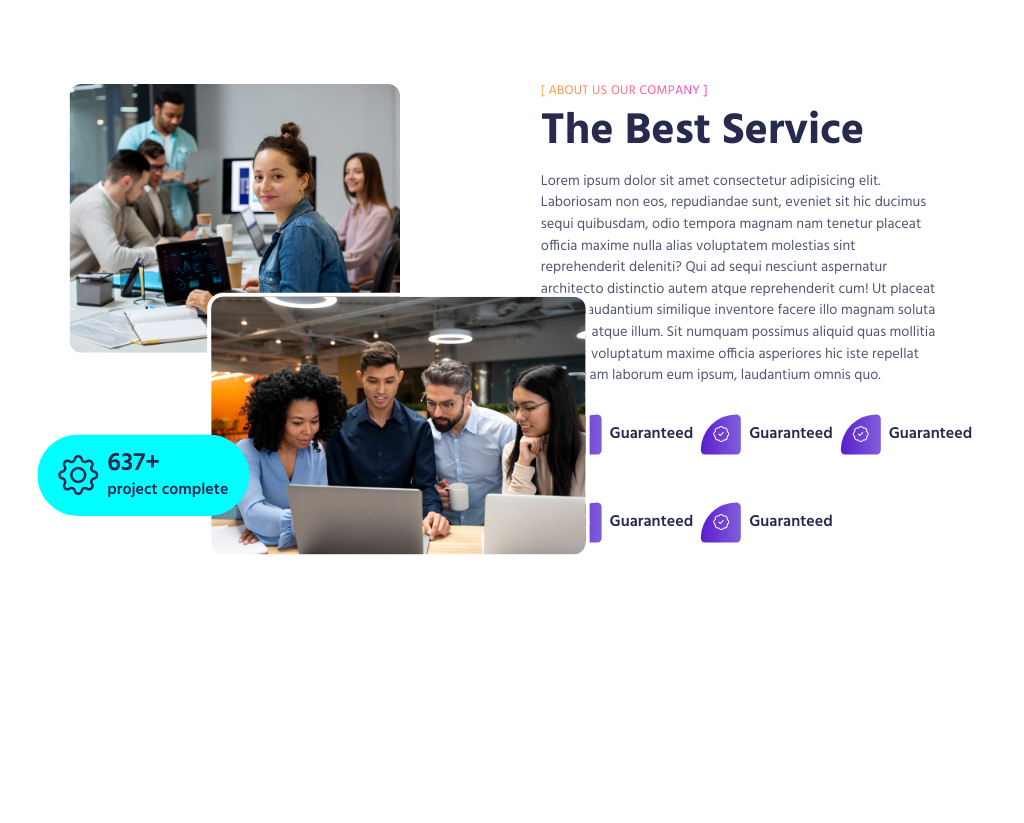
Repository: tagnam/mirehel2.0
Page: about.html
An editor plug-in stored every save of this project. The page is shown before and after a run of saves, followed by the edit.
The browser window is 1280 px wide. The pictures show the whole page, at 80% of full size.

Above is the page before, as saved 2025-02-03 12:47:26.

### about.html
<!DOCTYPE html>
<html lang="en">
<head>
    <meta charset="UTF-8">
    <meta name="viewport" content="width=device-width, initial-scale=1.0">
    <title>about</title>
    <link href="https://cdn.jsdelivr.net/npm/bootstrap@5.0.2/dist/css/bootstrap.min.css" rel="stylesheet" integrity="sha384-EVSTQN3/azprG1Anm3QDgpJLIm9Nao0Yz1ztcQTwFspd3yD65VohhpuuCOmLASjC" crossorigin="anonymous">
    <link rel="stylesheet" href="style/css/animation.css">
    <link rel="stylesheet" href="style/css/style.css">
    <link rel="stylesheet" href="style/css/animation.css">
</head>
<body>
<!--======================================== about section ==================================== -->


<section>
    <div class="container">
        <div class="row">
            <div class="col-lg-6">
                <div class="about-left">
                    <figure class="about-img-container">
                        <img class="about-img-001 A-image01" src="images/about-img-1.jpg" alt="">
                        <img class="about-img-001 A-image02" src="images/about-img-2.jpg" alt="">
                    </figure>
                    <div class="project-counter">
                        <div class="project-icon">
                            <i class="bi bi-gear"></i>
                        </div>
                        <div class="project-number">
                            <h2>637+</h2>
                            <p> project complete </p>
                        </div>

                    </div>

                </div>
            </div>
            <div class="col-lg-6">
                <div class="container-fluid " style="margin-bottom: 20px;">


                            <h3 class="sub-heading">[ about us our company ]</h3>
                            <h1 class="title">The Best Service</h1>


                            <div class="about-text">
                                <p>Lorem ipsum dolor sit amet consectetur adipisicing elit. Laboriosam non eos, repudiandae sunt, eveniet sit hic ducimus sequi quibusdam, odio tempora magnam nam tenetur placeat officia maxime nulla alias voluptatem molestias sint reprehenderit deleniti? Qui ad sequi nesciunt aspernatur architecto distinctio autem atque reprehenderit cum! Ut placeat itaque laudantium similique inventore facere illo magnam soluta quis ab, atque illum. Sit numquam possimus aliquid quas mollitia suscipit voluptatum maxime officia asperiores hic iste repellat laboriosam laborum eum ipsum, laudantium omnis quo.</p>

                        </div>
                    </div>
                    <div class="about-right-container">
                        <ul class="about-list">
                            <li class="about-list-item">
                                <div class="col-lg-2 about-icon"><i class="bi bi-patch-check"></i></div>
                                <div class="col-lg-10">
                                    <div class="about-list-title"> Guaranteed</div>

                                </div>
                            </li>

                            <li class="about-list-item">
                                <div class="col-lg-2 about-icon"><i class="bi bi-patch-check"></i></div>
                                <div class="col-lg-10">
                                    <div class="about-list-title">Guaranteed</div>

                                </div>
                            </li>
                            <li class="about-list-item">
                                <div class="col-lg-2 about-icon"><i class="bi bi-patch-check"></i></div>
                                <div class="col-lg-10">
                                    <div class="about-list-title">Guaranteed</div>

                                </div>
                            </li>
                            <li class="about-list-item">
                                <div class="col-lg-2 about-icon"><i class="bi bi-patch-check"></i></div>
                                <div class="col-lg-10">
                                    <div class="about-list-title">Guaranteed</div>

                                </div>
                            </li>
                            <li class="about-list-item">
                                <div class="col-lg-2 about-icon"><i class="bi bi-patch-check"></i></div>
                                <div class="col-lg-10">
                                    <div class="about-list-title">Guaranteed</div>

                                </div>
                            </li>
                        </ul>
                </div>
                </div>

            </div>
        </div>
    </div>
</section>

<!--======================================== end about section ==================================== -->

<!--========================================  service section ==================================== -->

<section class="container">
    <div class="row">
        <div class="col-lg-6">

        </div>
        <div class="col-lg-6">

        </div>
    </div>
</section>
<!--======================================== end service section ==================================== -->







    <script src="https://cdn.jsdelivr.net/npm/bootstrap@5.0.2/dist/js/bootstrap.bundle.min.js" integrity="sha384-MrcW6ZMFYlzcLA8Nl+NtUVF0sA7MsXsP1UyJoMp4YLEuNSfAP+JcXn/tWtIaxVXM" crossorigin="anonymous"></script>
    <script src="https://cdn.jsdelivr.net/npm/@popperjs/core@2.9.2/dist/umd/popper.min.js" integrity="sha384-IQsoLXl5PILFhosVNubq5LC7Qb9DXgDA9i+tQ8Zj3iwWAwPtgFTxbJ8NT4GN1R8p" crossorigin="anonymous"></script>
    <script src="https://cdn.jsdelivr.net/npm/bootstrap@5.0.2/dist/js/bootstrap.min.js" integrity="sha384-cVKIPhGWiC2Al4u+LWgxfKTRIcfu0JTxR+EQDz/bgldoEyl4H0zUF0QKbrJ0EcQF" crossorigin="anonymous"></script>
</body>
</html>

### style/css/animation.css

@keyframes boxmove{
    50% {
        transform: translateX(-20%);
    }
}

### style/css/style.css

@import url('https://fonts.googleapis.com/css2?family=Hind:wght@300;400;500;600;700&family=Inter:ital,opsz,wght@0,14..32,100..900;1,14..32,100..900&family=Open+Sans:ital,wght@0,300..800;1,300..800&family=Oswald:wght@200..700&family=Poppins:ital,wght@0,100;0,200;0,300;0,400;0,500;0,600;0,700;0,800;0,900;1,100;1,200;1,300;1,400;1,500;1,600;1,700;1,800;1,900&family=Raleway:ital,wght@0,100..900;1,100..900&family=Roboto:ital,wght@0,100;0,300;0,400;0,500;0,700;0,900;1,100;1,300;1,400;1,500;1,700;1,900&family=Urbanist:ital,wght@0,100..900;1,100..900&display=swap');
@import url("https://cdn.jsdelivr.net/npm/bootstrap-icons@1.11.3/font/bootstrap-icons.min.css");
*{
    margin: 0;
    padding: 0;
    box-sizing: border-box;
}

:root{
    --primary-color: #252A4E;
    --secondary-color: #a249ed;

}

body{
    font-family: "Hind", serif;

    color:#252A4E;
}

section{
    padding: 100px 0;
}

.row-container{
    margin-top: 50px;
}
.banner-section{
    background-image: url(/images/banner-bg.webp);
    background-size: cover;
    background-position: center;
    /* background-attachment: fixed; */
    /* height: 100vh; */
    position: relative;
    margin: 15px;
    padding: 8px;
}
.section-btn{
    height: 100%;
    display: flex
;
    justify-content: flex-end;
    align-items: flex-end;
}

.title{
    font-size: 55px;
    font-weight: 800;
    line-height: 1;
}

.banner-img{
    position: relative;
    bottom: -89px;
}
.banner-content{
    margin-top: 100px;
    padding-right: 100px;
}

.banner-title{
    font-size: 70px;
    font-weight: 800;
    line-height: 1;
}

.banner-text{
    font-size: 20px;
    font-weight: 400;
    line-height: 1.5;
    margin-top: 20px;
    color:#515670;
}

.banner-title span{
    color: var(--secondary-color);
}
.sub-heading{
    position: relative;
    display: inline-block;
    font-size: 16px;
    letter-spacing: 0.32px;
    line-height: 26px;
    font-weight: 400;
    font-family: var(--galada);
    text-transform: uppercase;
    background: linear-gradient(90deg, #FFA835 -3.85%, #FA3DCC 97.3%, #FA3AD0 100%);
    background-clip: text;
    -webkit-background-clip: text;
    -webkit-text-fill-color: transparent;

    margin-bottom: 12px;
}




.banner-icon{
    width: 100%;
    background: linear-gradient(90deg, #9255CE -2.17%, #BE60FF 100%);
    box-shadow: 0px 0px 20px 0px rgba(0, 0, 0, 0.08);
    border-radius: 30px 45px 30px 30px;
    position: relative;
    padding: 20px;
    top: 28px;
    right: -13px;
}

.banner-icon h2{
    font-size: 45px;
    font-weight: 800;
    /* line-height: 1.5; */
    color: #fff;
    /* margin-bottom: 20px; */
    text-align: start;
    margin: unset;
    line-height: 38px;
    padding: 10px;
}

.banner-icon h4{
    font-size: 27px;
    font-weight: 600;
    line-height: 1.5;
    color: #fff;
    /* margin-top: 20px; */
    text-align: start;
    text-transform: uppercase;
}


.marquee-content{
    background: linear-gradient(90deg, #70DBFF 0%, #DD98FF 100%);
    border-radius: 0 0 35px 30px;
    overflow: hidden;
    padding: 23px 45px;
    width: 100%;
    position: absolute;
    left: 9px;
    bottom: -12px;
    display: flex;
    justify-content: space-between;
    align-items: center;
}


/* <!--===================================== about section end ========================================--> */
.about-right-container{
    padding-left: 50px;
}
.about-text p{
    font-size: 18px;
    line-height: 1.5;
    color: #515670;
    margin-top: 20px;
}

.about-img{
    position: relative;
    transform: translate(30px, 30px);
    width: 100%;
}

.about-figure{
    position: relative;
  background-color: aqua;
  padding: 20px;
}


.about-list{

    list-style: none;
    padding: unset;
    display: grid;
    grid-template-columns: repeat(3, 1fr);
    grid-template-rows: repeat(2, 100px);
    gap: 10px; }


.about-list li{
    display: flex;
    align-items: center;
    margin-bottom: 20px;
    justify-content: space-between;
}

.about-icon{

    display: flex;
    justify-content: center;
    align-items: center;
    background-color:var(--secondary-color);
    width: 50px;
    height: 50px;
    background: linear-gradient(90deg, #5A1CCB -2.17%, #815EDC 100%);
    border-radius: 50px 6px 6px 6px;
}

.about-icon .bi{
    font-size: 20px;
    color: #fff;
    display: flex;
    justify-content: center;
    align-items: center;
}


.about-list-title{
    font-size: 20px;
    line-height: 1.16;
    /* margin-bottom: 4px; */
    font-weight: 600;
    margin-left: 10px;
}

.about-list-text p{
    font-size: 16px;
    line-height: 1.5;
    color: #515670;
    margin: unset;
}
/* <!--===================================== about section end ========================================--> */




/* <!--===================================== service section start ========================================--> */

.service-index {
    width: 100%;
    display: flex;
    justify-content: center;
    align-items: center;
}

.service-index h2{
    position: relative;
    display: inline-block;

    letter-spacing: 0.32px;
margin: unset;
    font-weight: 600;
    font-family: var(--galada);
    text-transform: uppercase;
    background: linear-gradient(90deg, #FFA835 -3.85%, #FA3DCC 97.3%, #FA3AD0 100%);
    background-clip: text;
    -webkit-background-clip: text;
    -webkit-text-fill-color: transparent;

}

.service-title h3{
    font-size: 40px;
    font-weight: 800;
    line-height: 1;
    color: #252A4E;
    margin-bottom: 20px;
}

.service-row{
    border-bottom: 2px solid red;
    margin-bottom: 30px;
}

.service-icon{
    display: flex;
    justify-content: center;
}

.service-icon .bi{
    font-size: 45px;
    color:red;
    display: flex;
    justify-content: center;
    align-items: center;
}
/* <!--===================================== service section end ========================================--> */




/* <!--===================================== project section start========================================--> */




/* <!--===================================== project section start========================================--> */





/* <!--===================================== testimonial section start========================================--> */


.testimonial-card{
    background: linear-gradient(90deg, #70DBFF 0%, #DD98FF 100%);
    padding: 0px 20px;
    border-radius: 20px;
}


.testimonial-img{
    height: 58px;
    width: 58px;
    background: red;
    border-radius: 64%;
    border: 2px solid;
}

.testimonial-top{
    padding-bottom: 20px;
    border-bottom: 1px solid #fff;

}


.testimonial-bottom h2{
    font-size: 65px;
    font-weight: 600;
    line-height: 1.5;
    color: #fff;
    margin-top: 20px;
    text-align: start;
    text-transform: uppercase;
}

.testimonial-bottom p{
    font-size: 20px;
    line-height: 1.5;
    color: #fff;
    margin: unset;
}

  .testimonial .testimonial-content {
    margin: 10px 10px 0;
    /* background: #efefef; */
    padding: 0px 60px;
    position: relative;
    border: none;
    border-radius: 8px;
    font-style: italic;
    font-size: 25px;
    border: 2px solid;
    border-radius: 20px;
  }

  .testimonial .testimonial-content:before,
  .testimonial .testimonial-content:after {
    content: "\201C";
    position: absolute;
    font-size: 80px;
    line-height: 1;
    color: #757f9a;
    font-style: normal;
  }

  .testimonial .testimonial-content:before {
    top: 0;
    left: 10px;
  }

  .testimonial .testimonial-content:after {
    content: "\201D";
    right: 10px;
    bottom: -0.5em;
  }

.testimonial-start{
    display: flex    ;
        justify-content: left;
        align-items: center;
        margin: 20px 0px;
}

.testimonial-start .bi{
    margin: 0px 5px;
    font-size: 20px;
}
/* <!--===================================== testimonial section start========================================--> */

/* <!--===================================== project section start========================================--> */
.project-img{
    height: 550px;
}

.project-card .project-img {
    transition: 1ms ease-in-out;
}

.project-card:hover .project-img{
    transform: scaleX(1) scaleY(1) scaleZ(0.1) rotateX(15deg) rotateY(0deg) rotateZ(0deg) translateX(0px) translateY(0px) translateZ(0px) skewX(0deg) skewY(0deg);
}

.project-content{
    margin-top: -100px;
    z-index: 1;
}
/* <!--===================================== project section end========================================--> */



/* <!--===================================== choice section start========================================--> */

.choice-container{
    position: relative;
    padding: 10px;
    background-color: transparent;
height: 400px;
border: 15px solid transparent;
  /* border-image:linear-gradient(180deg, red 0%, #00000000 90.04%); */
  /* border-image:linear-gradient(180deg, #00000000  0%, red 90.04%); */
  border-image-slice: 1;
border-radius: 20px;
background: linear-gradient(white, white) padding-box,
linear-gradient(180deg, red 0%, #00000000 90.04%) border-box;
}

/* <!--===================================== choice section end========================================--> */


















/* ----------------------------new about  */

.about-img-container{
    position: relative;
}
.about-img-001{
    border-radius: 20px;
    border: 5px solid #fff;
}

.A-image01{

}

.A-image02{
    margin-top: -80px;
    margin-left: 177px;
}

.project-counter{
    width: 265px;
    background-color: aqua;
    display: flex;
    justify-content: space-evenly;
    border-radius: 100px 100px 100px 100px;
    align-items: center;
    padding: 17px 15px;
    position: absolute;
    bottom: 75px;
    background-size: cover;
    background-position: center center;
    transition: all .4s ease;
    animation: boxmove 3s infinite linear alternate;

}

.project-counter:hover{
    background-color: #fff;
}

.project-icon .bi{
    display: flex;
    font-size: 50px;
}

.project-number h2{
    margin: unset;
    font-weight: 600;
}

.project-number p{
    margin: unset;
    font-weight: 600;
    font-size: 20px;

}

After the next 2 saves:
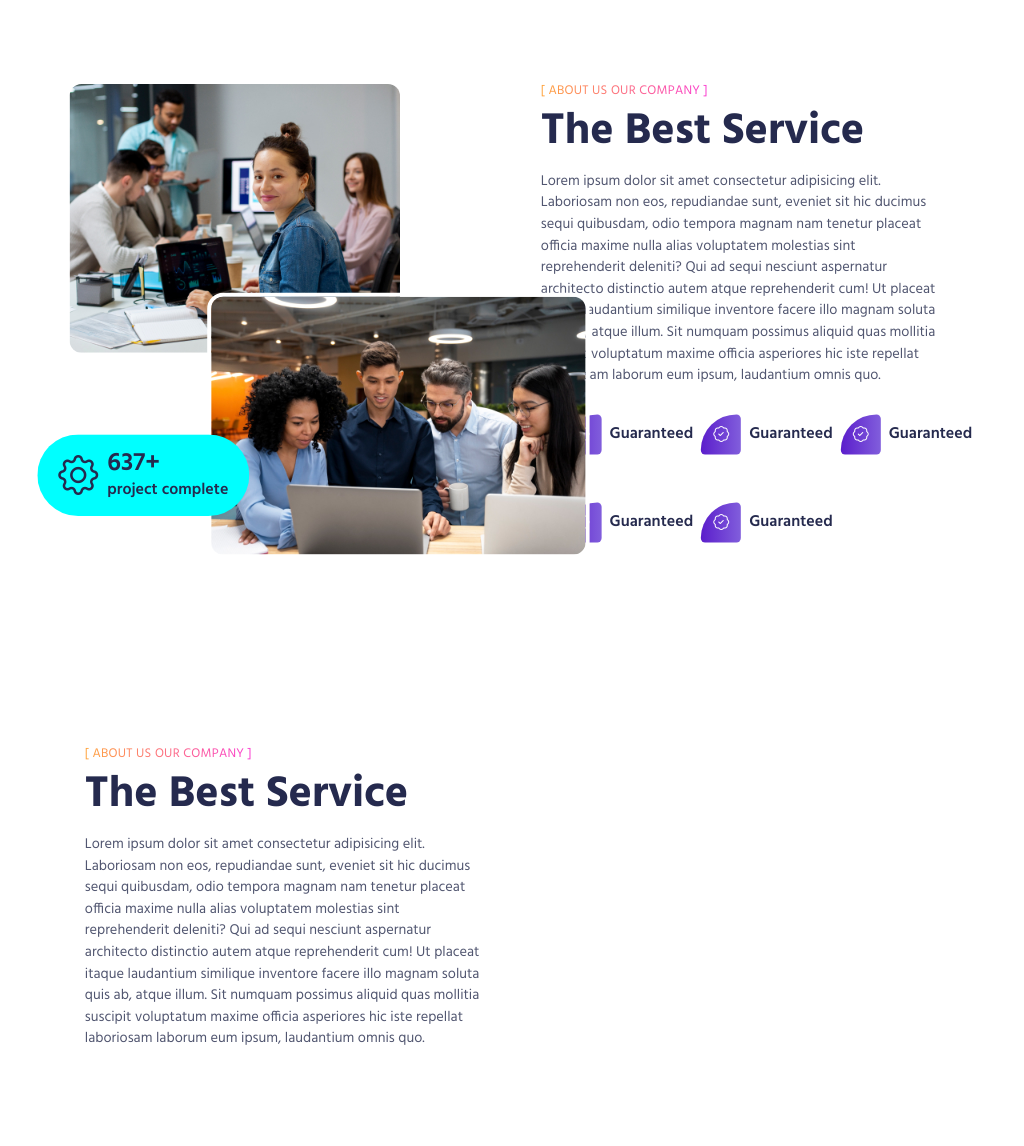
The 2 saves are shown as one change because they came seconds apart.
The last was saved 2 min 55 s later.
--- a/about.html
+++ b/about.html
@@ -102,7 +102,18 @@
 <section class="container">
     <div class="row">
         <div class="col-lg-6">
+            <div class="container-fluid " style="margin-bottom: 20px;">
 
+
+                <h3 class="sub-heading">[ about us our company ]</h3>
+                <h1 class="title">The Best Service</h1>
+
+
+                <div class="about-text">
+                    <p>Lorem ipsum dolor sit amet consectetur adipisicing elit. Laboriosam non eos, repudiandae sunt, eveniet sit hic ducimus sequi quibusdam, odio tempora magnam nam tenetur placeat officia maxime nulla alias voluptatem molestias sint reprehenderit deleniti? Qui ad sequi nesciunt aspernatur architecto distinctio autem atque reprehenderit cum! Ut placeat itaque laudantium similique inventore facere illo magnam soluta quis ab, atque illum. Sit numquam possimus aliquid quas mollitia suscipit voluptatum maxime officia asperiores hic iste repellat laboriosam laborum eum ipsum, laudantium omnis quo.</p>
+
+            </div>
+        </div>
         </div>
         <div class="col-lg-6">
 
